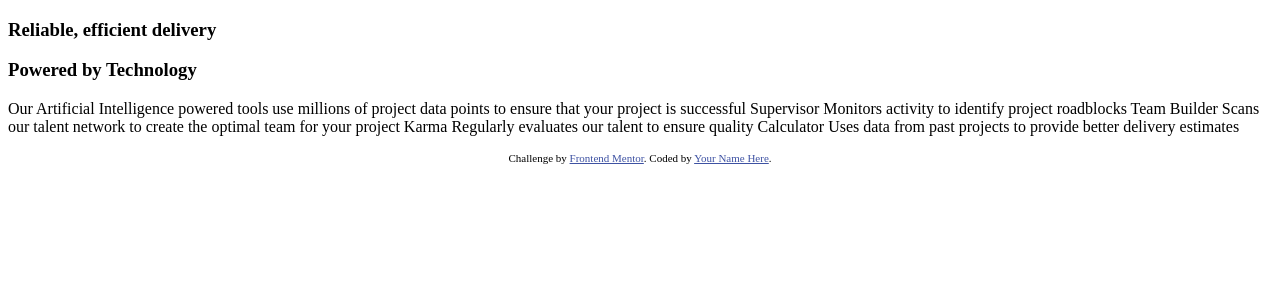
Repository: AngelaMwelu/four-card-page
Page: index.html
An editor plug-in stored every save of this project. The page is shown before and after the next save, followed by the edit.
The browser window is 1280 px wide. The pictures show the whole page.

Above is the page before, as saved 2025-05-14 09:55:31.

### index.html
<!DOCTYPE html>
<html lang="en">
<head>
  <meta charset="UTF-8">
  <meta name="viewport" content="width=device-width, initial-scale=1.0"> <!-- displays site properly based on user's device -->

  <link rel="icon" type="image/png" sizes="32x32" href="./images/favicon-32x32.png">

  <title>Frontend Mentor | Four card feature section</title>

  <!-- Feel free to remove these styles or customise in your own stylesheet 👍 -->
  <style>
    .attribution { font-size: 11px; text-align: center; }
    .attribution a { color: hsl(228, 45%, 44%); }
  </style>
</head>
<body>
  <div class="Card">
    <div class="about">
      <h3>Reliable, efficient delivery</h3>
      <h3>Powered by Technology</h3>

      <p>Our Artificial Intelligence powered tools use millions of project data points
  to ensure that your project is successful

  Supervisor
  Monitors activity to identify project roadblocks

  Team Builder
  Scans our talent network to create the optimal team for your project

  Karma
  Regularly evaluates our talent to ensure quality

  Calculator
  Uses data from past projects to provide better delivery estimates
  </div>

  <footer>
    <p class="attribution">
      Challenge by <a href="https://www.frontendmentor.io?ref=challenge" target="_blank">Frontend Mentor</a>.
      Coded by <a href="#">Your Name Here</a>.
    </p>
  </footer>
</body>
</html>

After the next save:
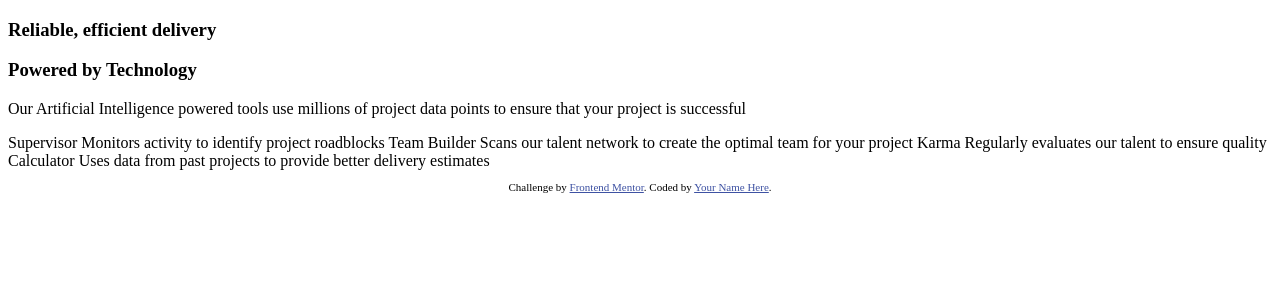
Saved 4 s later.
--- a/index.html
+++ b/index.html
@@ -21,7 +21,7 @@
       <h3>Powered by Technology</h3>
 
       <p>Our Artificial Intelligence powered tools use millions of project data points
-  to ensure that your project is successful
+  to ensure that your project is successful</p>
 
   Supervisor
   Monitors activity to identify project roadblocks
